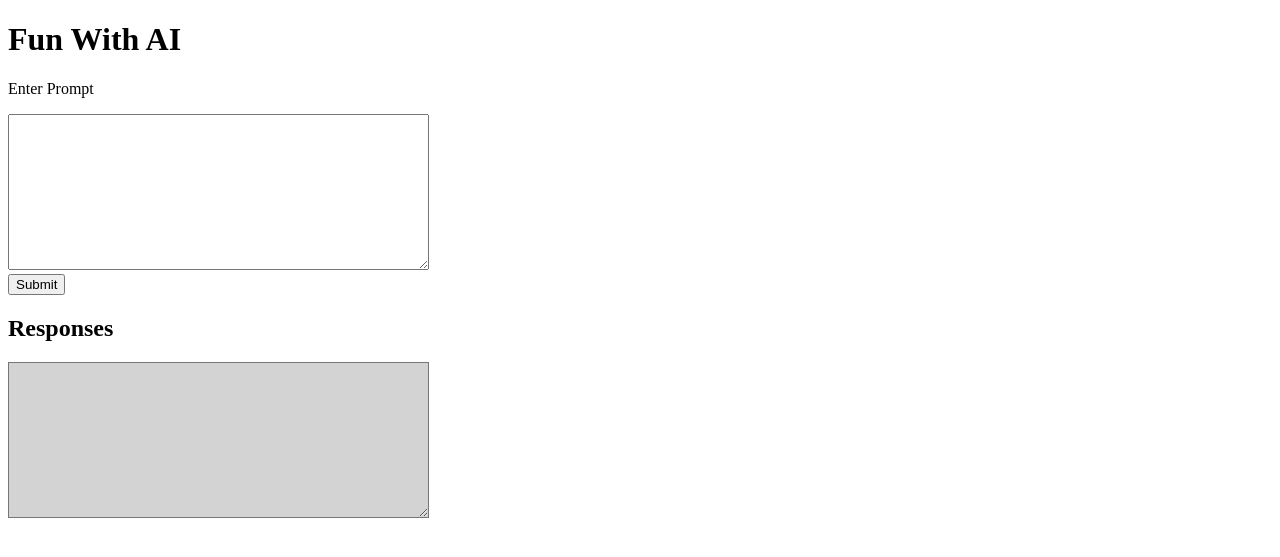
Repository: wenxi0504/open-ai-API
Page: openAI.html
These files come from the project's save history. The page is drawn as it stood at one moment and after the next save; the edit follows.
The browser window is 1280 px wide. The pictures show the whole page.

Above is the page before, as saved 2022-05-15 17:00:14.

After the next save:
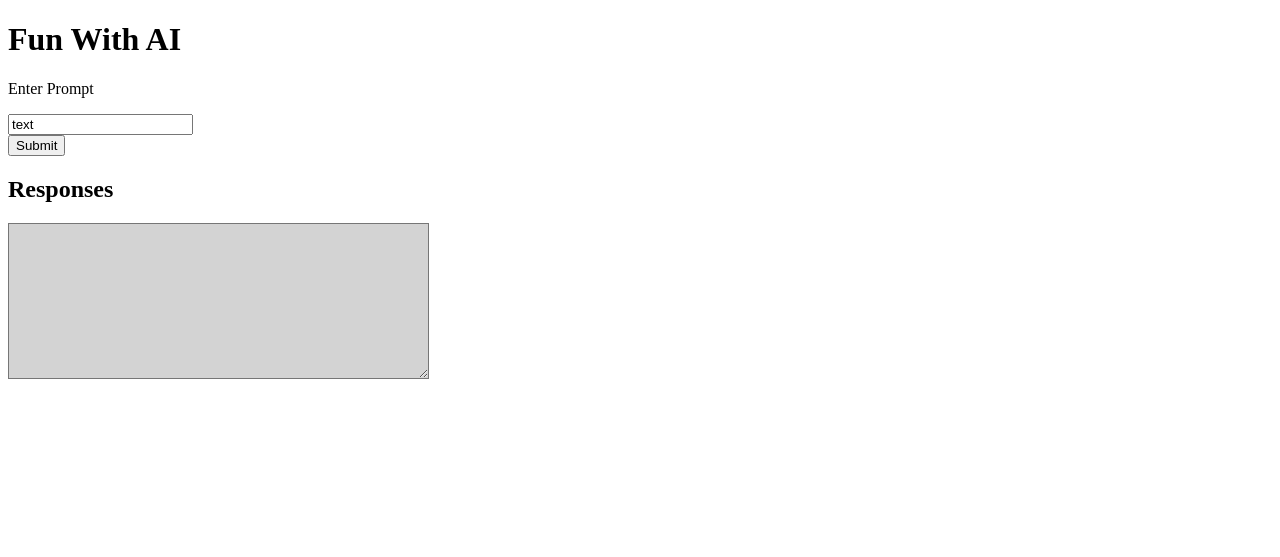
Saved 90 s later.
--- a/openAI.html
+++ b/openAI.html
@@ -10,7 +10,7 @@
 <h1>Fun With AI</h1>
 <form id="form" action="POST">
 <p><label for="prompt"> Enter Prompt</label></p>
-<textarea id="userPrompt" name="userprompt" rows="10" cols="50" type="text" value="text"></textarea>
+<input id="userPrompt" name="userprompt" rows="10" cols="50" type="text" value="text"></input>
 <br>
 <input type="submit" value="Submit" onclick="userPromptSubmit()">
 </form>

After the save that followed:
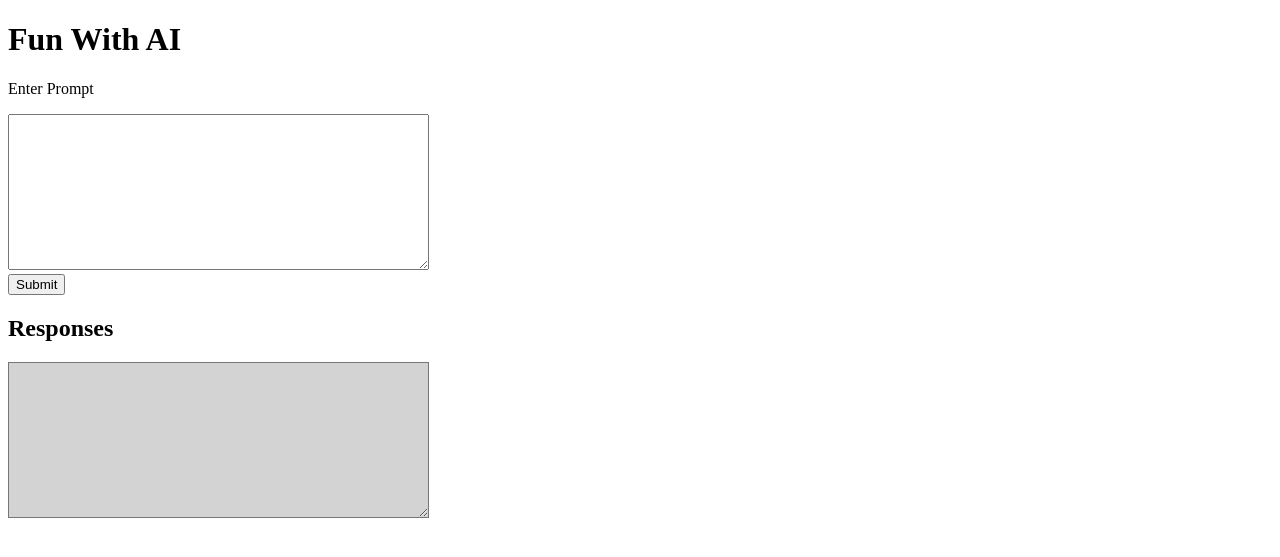
Saved 81 s later.
--- a/openAI.html
+++ b/openAI.html
@@ -10,10 +10,11 @@
 <h1>Fun With AI</h1>
 <form id="form" action="POST">
 <p><label for="prompt"> Enter Prompt</label></p>
-<input id="userPrompt" name="userprompt" rows="10" cols="50" type="text" value="text"></input>
-<br>
+<textarea id="userPrompt" name="userprompt" rows="10" cols="50" type="text" value="text"></textarea>
+</form>
+<div>
 <input type="submit" value="Submit" onclick="userPromptSubmit()">
-</form>
+</div>
 
 <h2>Responses</h2>
 <textarea id="aiResponse" name="aiResponse" readonly="true" rows="10" cols="50" style="background-color: lightgray;"></textarea>
